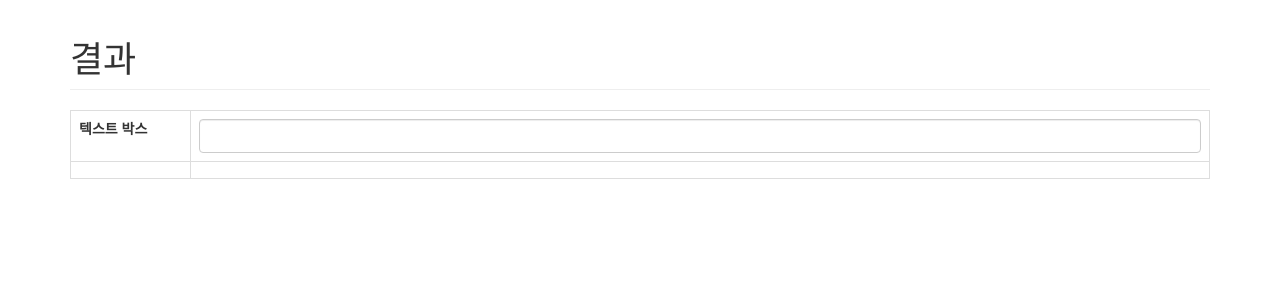
Repository: kimgyuseok/Server
Page: http://localhost/JSPTest/ex04ok.jsp
An editor plug-in stored every save of this project. The page is shown before and after the next save, followed by the edit.
The browser window is 1280 px wide. The pictures show the whole page.
The page is served by Tomcat 9.

Above is the page before, as saved 2022-01-06 03:41:12.

### JSPTest/src/main/webapp/ex04ok.jsp
<%@ page language="java" contentType="text/html; charset=UTF-8"
    pageEncoding="UTF-8"%>

<%
	request.setCharacterEncoding("UTF-8");

	String data = request.getParameter("data");
%>
<!DOCTYPE html>
<html>
<head>
<meta charset="UTF-8">
<title>Insert title here</title>
<%@ include file="/inc/asset.jsp" %>
<style>
	table { width:600px; }
	th { width: 120px; }
</style>
</head>
<body>
	<div class="container">

		<h1 class="page-header">결과</h1>

		<table class="table table-bordered">
			<tr>
				<th>텍스트 박스</th>
				<td><input type="text" name="txt1" class="form-control"></td>
			</tr>
			<tr>
				<th></th>
				<td></td>
			</tr>
		</table>

</body>
</html>

### JSPTest/src/main/webapp/inc/asset.jsp
<%@ page language="java" contentType="text/html; charset=UTF-8"
    pageEncoding="UTF-8"%>
<!-- asset.jsp -->

<link rel="stylesheet" href="/jsp/asset/css/bootstrap.css">

<script src="/jsp/asset/js/jquery-1.12.4.js"></script>
<script src="/jsp/asset/js/bootstrap.js"></script>

Loaded but not shown: JSPTest/src/main/webapp/asset/css/bootstrap.css (library); JSPTest/src/main/webapp/asset/js/jquery-1.12.4.js (library); JSPTest/src/main/webapp/asset/js/bootstrap.js (library)

After the next save:
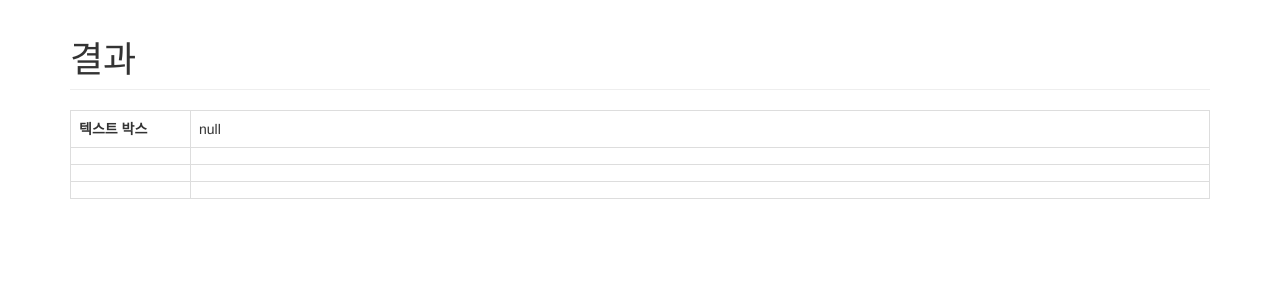
Saved 2 min 1 s later.
--- a/JSPTest/src/main/webapp/ex04ok.jsp
+++ b/JSPTest/src/main/webapp/ex04ok.jsp
@@ -4,7 +4,8 @@
 <%
 	request.setCharacterEncoding("UTF-8");
 
-	String data = request.getParameter("data");
+	String txt1 = request.getParameter("txt1");
+
 %>
 <!DOCTYPE html>
 <html>
@@ -25,12 +26,20 @@
 		<table class="table table-bordered">
 			<tr>
 				<th>텍스트 박스</th>
-				<td><input type="text" name="txt1" class="form-control"></td>
+				<td><%=txt1%></td>
 			</tr>
 			<tr>
 				<th></th>
 				<td></td>
 			</tr>
+			<tr>
+				<th></th>
+				<td></td>
+			</tr
+			<tr>
+				<th></th>
+				<td></td>
+			</tr
 		</table>
 
 </body>
